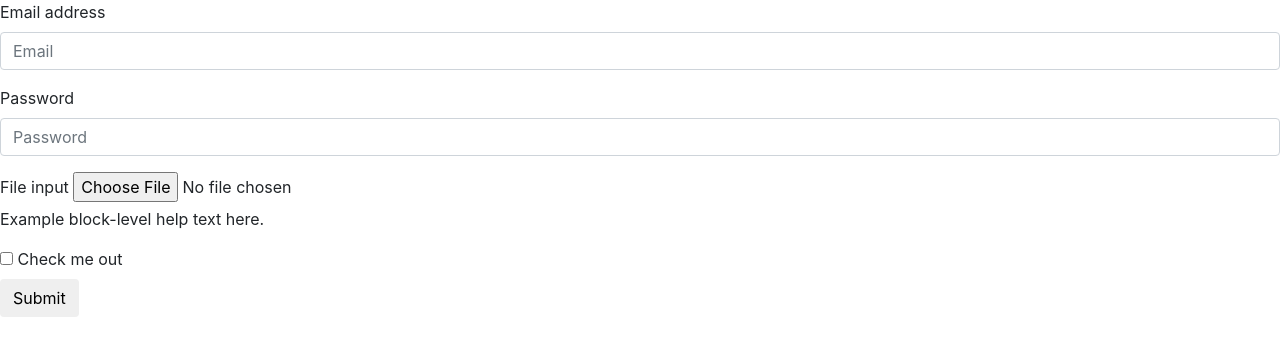
Repository: Eri-Naka/test
Page: boot/WebContent/index.html
An editor plug-in stored every save of this project. The page is shown before and after the next save, followed by the edit.
The browser window is 1280 px wide. The pictures show the whole page.

Above is the page before, as saved 2018-06-25 05:30:32.

### boot/WebContent/index.html
<!DOCTYPE html>
<html lang ="ja">
<head>
<meta charset="UTF-8">

<head>
    <!-- Required meta tags -->
    <meta charset="utf-8">
    <meta name="viewport" content="width=device-width, initial-scale=1, shrink-to-fit=no">
    <meta http-equiv="X-UA-Compatible" content="IE=edge">
    <meta name="viewport" content="width=device-width, initial-scale=1">

    <!-- Bootstrap CSS -->
    <link rel="stylesheet" href="https://stackpath.bootstrapcdn.com/bootstrap/4.1.1/css/bootstrap.min.css" integrity="sha384-WskhaSGFgHYWDcbwN70/dfYBj47jz9qbsMId/iRN3ewGhXQFZCSftd1LZCfmhktB" crossorigin="anonymous">
<style >
.box{
text-align: center;
}

</style>

    <title>Hello, world!</title>
  </head>
  <body>
  <form>
  <div class="form-group">
    <label for="exampleInputEmail1">Email address</label>
    <input type="email" class="form-control" id="exampleInputEmail1" placeholder="Email">
  </div>
  <div class="form-group">
    <label for="exampleInputPassword1">Password</label>
    <input type="password" class="form-control" id="exampleInputPassword1" placeholder="Password">
  </div>
  <div class="form-group">
    <label for="exampleInputFile">File input</label>
    <input type="file" id="exampleInputFile">
    <p class="help-block">Example block-level help text here.</p>
  </div>
  <div class="checkbox">
    <label>
      <input type="checkbox"> Check me out
    </label>
  </div>
  <button type="submit" class="btn btn-default">Submit</button>
</form>
</div>

    <!-- Optional JavaScript -->
    <!-- jQuery first, then Popper.js, then Bootstrap JS -->
    <script src="https://code.jquery.com/jquery-3.3.1.slim.min.js" integrity="sha384-q8i/X+965DzO0rT7abK41JStQIAqVgRVzpbzo5smXKp4YfRvH+8abtTE1Pi6jizo" crossorigin="anonymous"></script>
    <script src="https://cdnjs.cloudflare.com/ajax/libs/popper.js/1.14.3/umd/popper.min.js" integrity="sha384-ZMP7rVo3mIykV+2+9J3UJ46jBk0WLaUAdn689aCwoqbBJiSnjAK/l8WvCWPIPm49" crossorigin="anonymous"></script>
    <script src="https://stackpath.bootstrapcdn.com/bootstrap/4.1.1/js/bootstrap.min.js" integrity="sha384-smHYKdLADwkXOn1EmN1qk/HfnUcbVRZyYmZ4qpPea6sjB/pTJ0euyQp0Mk8ck+5T" crossorigin="anonymous"></script>
  </body>
</html>

After the next save:
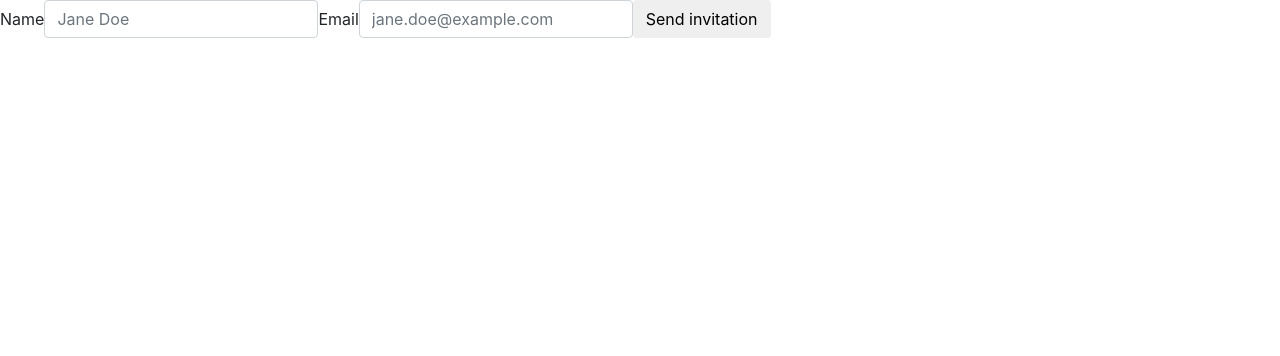
Saved 59 s later.
--- a/boot/WebContent/index.html
+++ b/boot/WebContent/index.html
@@ -22,26 +22,16 @@ text-align: center;
     <title>Hello, world!</title>
   </head>
   <body>
-  <form>
+  <form class="form-inline">
   <div class="form-group">
-    <label for="exampleInputEmail1">Email address</label>
-    <input type="email" class="form-control" id="exampleInputEmail1" placeholder="Email">
+    <label for="exampleInputName2">Name</label>
+    <input type="text" class="form-control" id="exampleInputName2" placeholder="Jane Doe">
   </div>
   <div class="form-group">
-    <label for="exampleInputPassword1">Password</label>
-    <input type="password" class="form-control" id="exampleInputPassword1" placeholder="Password">
+    <label for="exampleInputEmail2">Email</label>
+    <input type="email" class="form-control" id="exampleInputEmail2" placeholder="jane.doe@example.com">
   </div>
-  <div class="form-group">
-    <label for="exampleInputFile">File input</label>
-    <input type="file" id="exampleInputFile">
-    <p class="help-block">Example block-level help text here.</p>
-  </div>
-  <div class="checkbox">
-    <label>
-      <input type="checkbox"> Check me out
-    </label>
-  </div>
-  <button type="submit" class="btn btn-default">Submit</button>
+  <button type="submit" class="btn btn-default">Send invitation</button>
 </form>
 </div>
 
